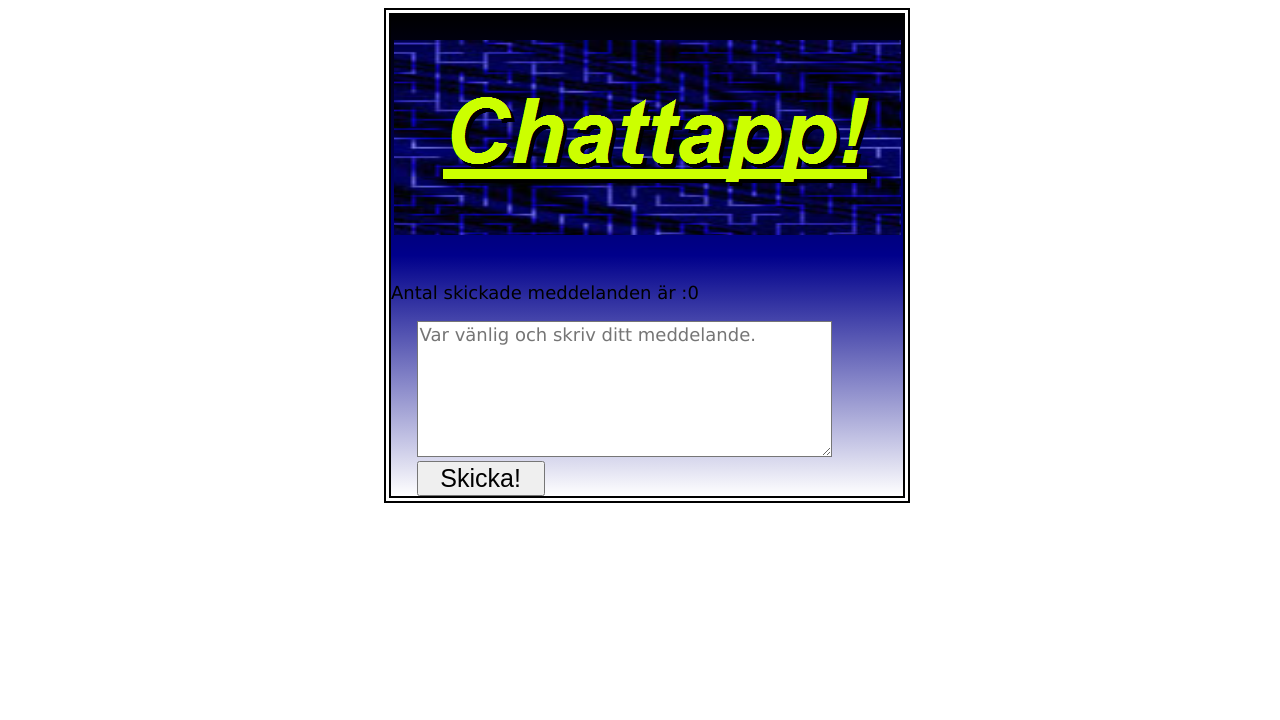
Repository: MartinArvidsson/1dv403-laborationer-Martin-Arvidsson
Page: 2-labbymezzage/index.html
The author's editor kept a record of every edit. The page is drawn from the files as they stood at one moment, then again after the next edit.
The browser window is 1280 px wide. The pictures show the whole page.

Above is the page before.

### 2-labbymezzage/index.html
<!DOCTYPE Html>
<html>
    <Head>
        <meta charset="UTF-8">
        <Title>Laboration 2 - Labby message</Title>
        <link rel="stylesheet" type="text/css" href="style.css">
    </Head>
    <body>
            <main>
                <div id="logotype">
                    <img src="logotypelabby.PNG" alt="logotype för chattappen">
                </div>
                <div id="textarea"></div>
                <p id="messagesSent">Antal skickade meddelanden är :0</p>
                <textarea id="textarea" rows="8" cols="60" placeholder="Var vänlig och skriv ditt meddelande."></textarea>
                <input id ="sendmessage" type="submit" value="Skicka!"/>
            </main>
        <script type="text/javascript" src="message.js"></script>
        <script type="text/javascript" src="messageApp.js"></script>
    </body>
</html>

### 2-labbymezzage/style.css
#logotype
{
    text-align:center;
    padding-top:25px;
    padding-bottom:25px;
}
body
{
   width:40%;
   margin-left:30%;
   border:double 7px black;
}
main
{
    background: linear-gradient(black,darkblue,white);
    border:7px black;
}
#messagesarea
{
    overflow-y:scroll;
    max-height:400px;
    height:400px;
    border:ridge 4px black;
}
#messagesSent
{

}
textarea
{
   font-family:Verdana;
    max-width:80%;
    width:80%;
    height:130px;
    font-size:18px;
    margin-bottom:1%;

}
textarea
{
    background-color:White;
    margin-right:5%;
    margin-left:5%;
}
p
{
   font-family:Verdana;
   font-size:18px;
   margin-left:5;
}
#sendmessage
{
    width:25%;
    font-size:25px;
    margin-right:15%;
    margin-top:-1%;
    margin-left:5%;
}

### 2-labbymezzage/message.js
"use strict";

function Message (message, date){

    this.getText = function(){
        return message;
        };

    this.setText = function(_text){
        message = _text;
        };

    this.getDate =function(){
        return date;
    };

    this.setDate =function(_date){
        date = _date;
    };
}
Message.prototype.toString = function(){
    return this.getText()+" ("+this.getDate()+")";
}
Message.prototype.getHTMLText = function(){
    return this.getText().replace(/[\n\r]/g, "<br/>");
}
Message.prototype.getDateText = function (){

}

### 2-labbymezzage/messageApp.js
"use strict";
var messageApp = {
    messages:[],
    messagesSent: 0,
    init:function()
    {
        //var mess = new Message("Test1",new Date());
        //alert (mess);
        //alert (mess.getText());
       // mess.setText("Text2");
       // alert(mess);
    }
}
window.onload = messageApp.init;

After the next edit:
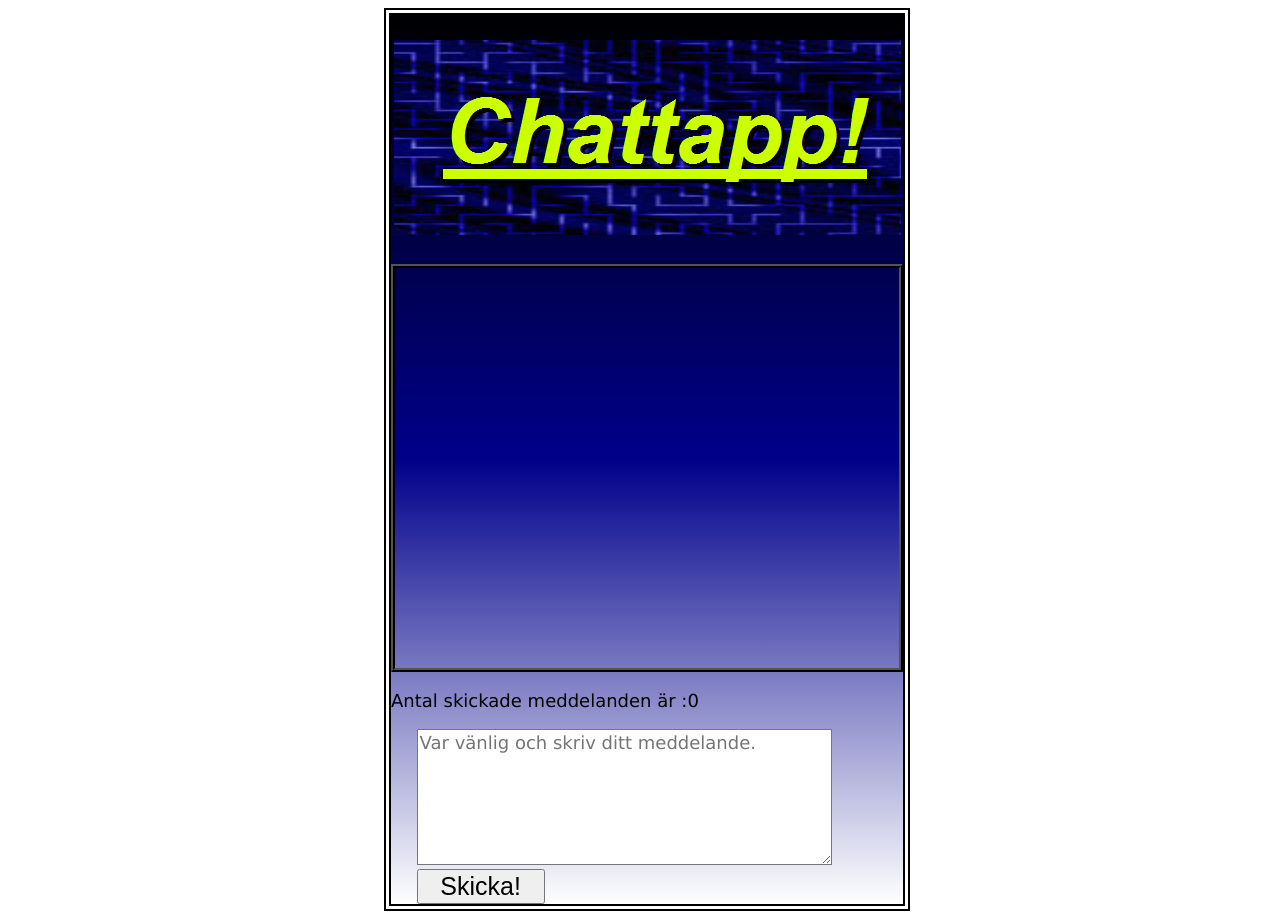
The edit:
--- a/2-labbymezzage/index.html
+++ b/2-labbymezzage/index.html
@@ -10,7 +10,7 @@
                 <div id="logotype">
                     <img src="logotypelabby.PNG" alt="logotype för chattappen">
                 </div>
-                <div id="textarea"></div>
+                <div id="messagesarea"></div>
                 <p id="messagesSent">Antal skickade meddelanden är :0</p>
                 <textarea id="textarea" rows="8" cols="60" placeholder="Var vänlig och skriv ditt meddelande."></textarea>
                 <input id ="sendmessage" type="submit" value="Skicka!"/>
